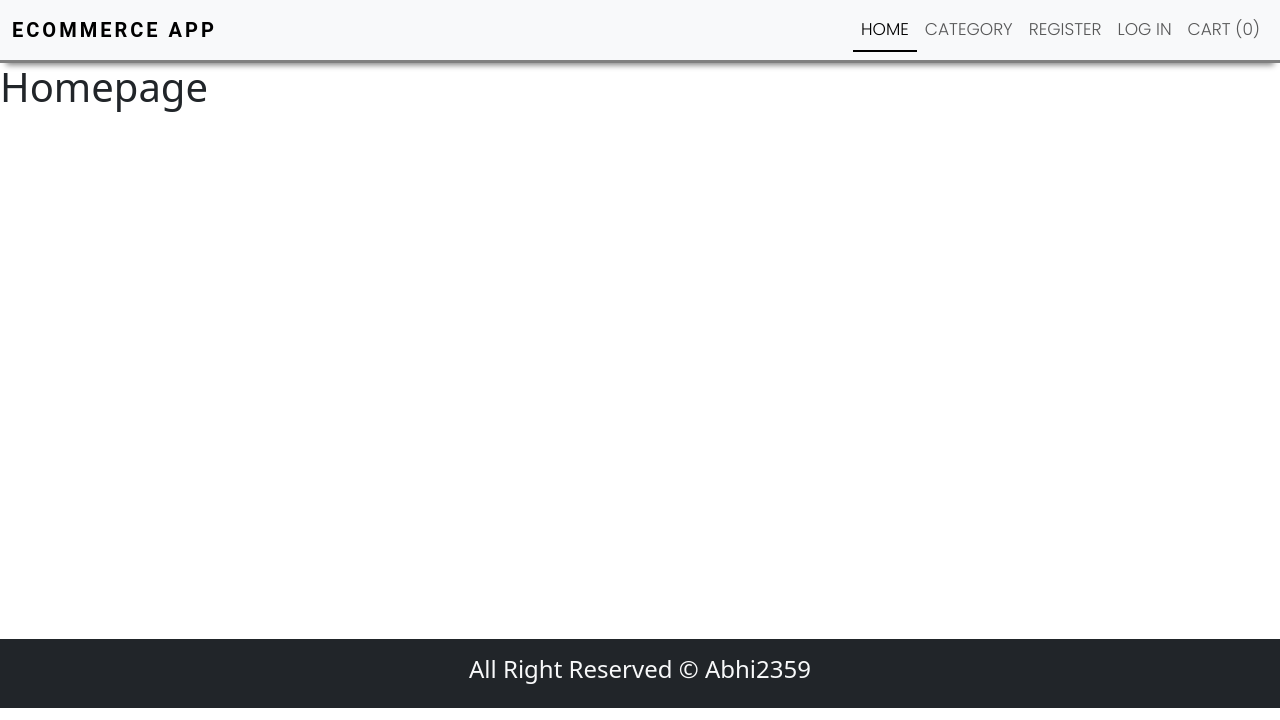
Repository: Abhi2359/SaleXpress
Page: / (app in client/)
An editor plug-in stored every save of this project. The page is shown before and after the next save, followed by the edit.
The browser window is 1280 px wide. The pictures show the whole page.
The project was rebuilt for these pictures with package versions that can differ from the ones it lists, and the page was loaded fresh each time. Also part of the build but not shown: client/vite.config.js, client/src/pages/About.jsx, client/src/pages/Policy.jsx, client/src/pages/PageNotFound.jsx.

Above is the page before, as saved 2023-05-08 19:22:54.

After the next save:
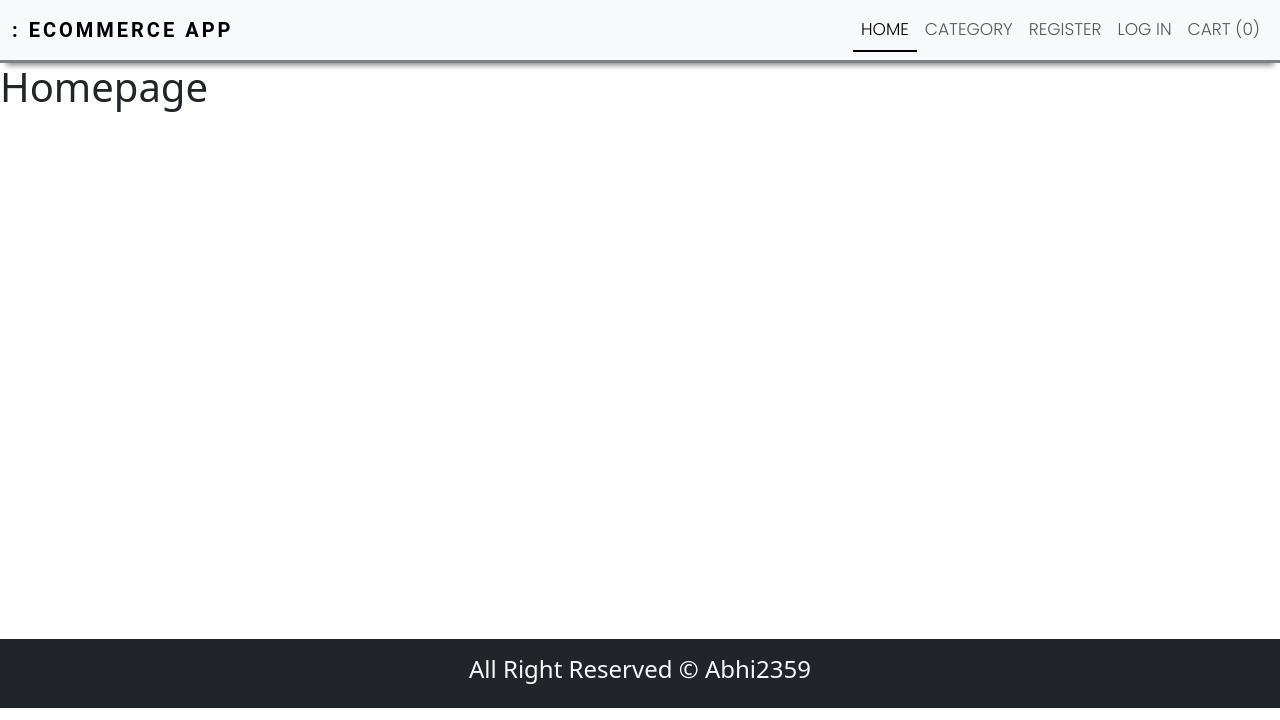
Saved 4 s later.
--- a/client/src/components/Layout/Header.jsx
+++ b/client/src/components/Layout/Header.jsx
@@ -19,7 +19,7 @@
           </button>
           <div className="collapse navbar-collapse" id="navbarTogglerDemo01">
             <Link to="/" className="navbar-brand">
-              Ecommerce App
+           :   Ecommerce App
             </Link>
             <ul className="navbar-nav ms-auto mb-2 mb-lg-0">
               <li className="nav-item">

After the save that followed:
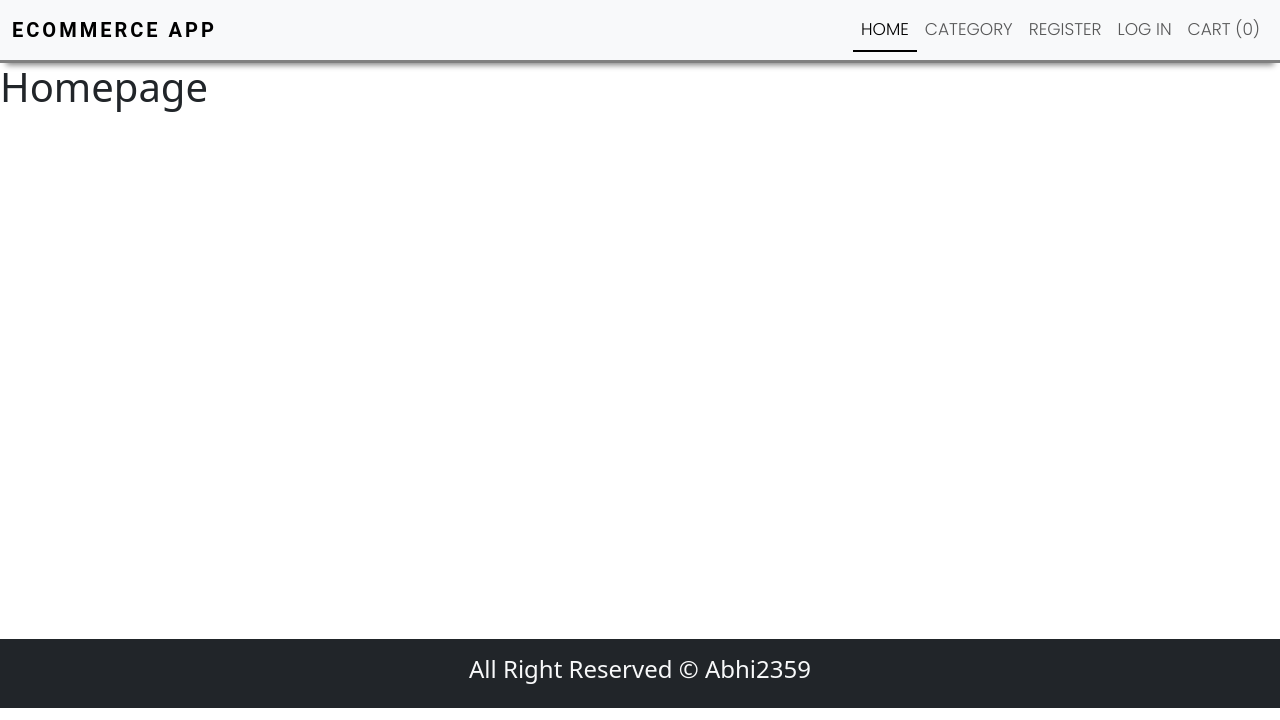
Saved 4 s later.
--- a/client/src/components/Layout/Header.jsx
+++ b/client/src/components/Layout/Header.jsx
@@ -19,7 +19,7 @@
           </button>
           <div className="collapse navbar-collapse" id="navbarTogglerDemo01">
             <Link to="/" className="navbar-brand">
-           :   Ecommerce App
+              Ecommerce App
             </Link>
             <ul className="navbar-nav ms-auto mb-2 mb-lg-0">
               <li className="nav-item">
